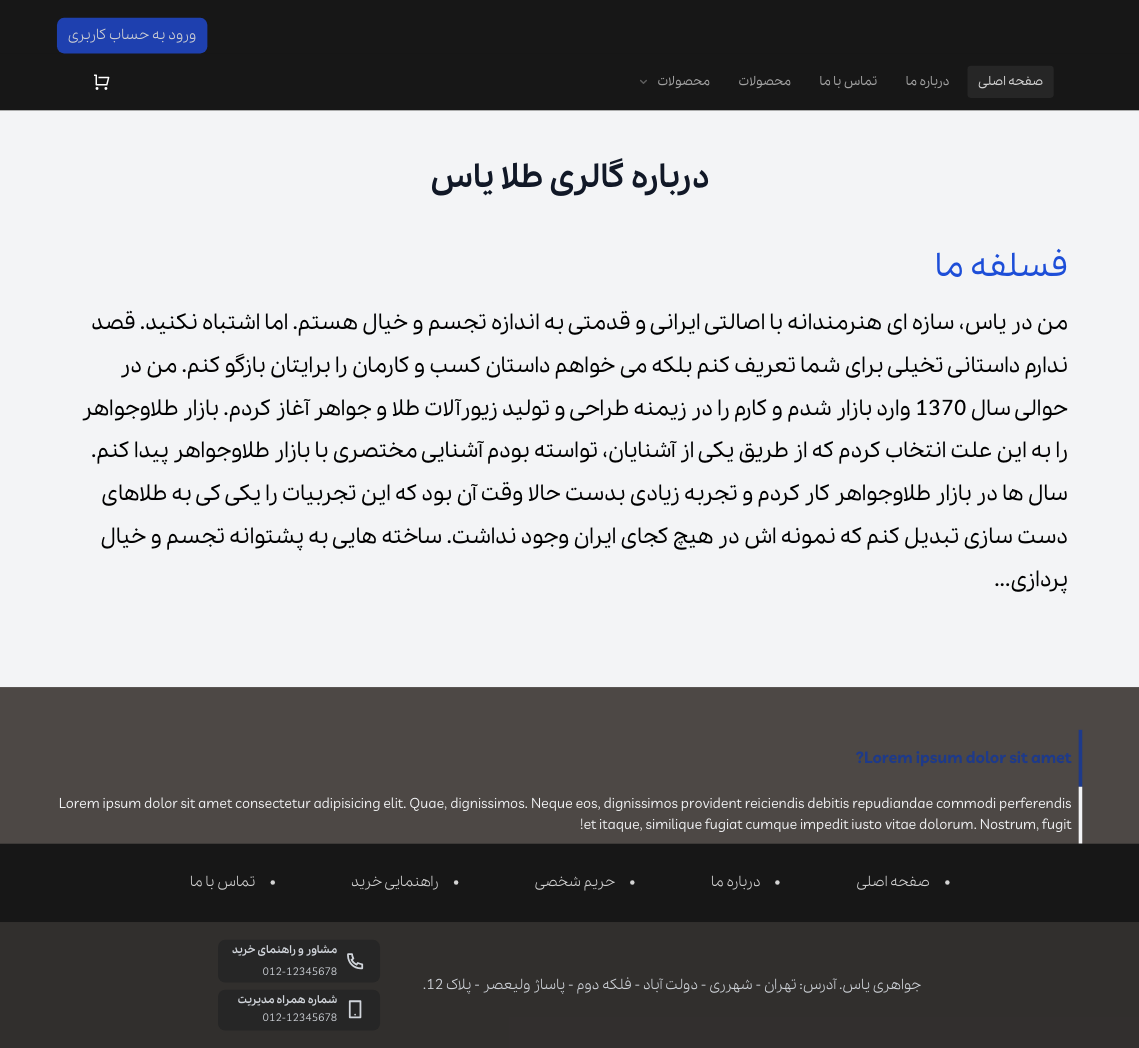
Repository: aliakbarmotallebi/yasgoldgallery-ui
Page: /about
The author's editor kept a copy of each file at every save. The page is drawn from the files as they stood at one save, then again after the next save.
The browser window is 1280 px wide. The pictures show the whole page, at 89% of full size.
The project was rebuilt for these pictures with package versions that can differ from the ones it lists, and the page was loaded fresh each time. Also part of the build but not shown: src/components/Brands.jsx, src/components/GridImages.js, src/components/SpecialComments.jsx, src/components/CardProduct.jsx, src/components/SpecialProducts.jsx, src/components/SuggestedProducts.jsx, src/pages/HomePage.jsx, src/pages/NotFound.jsx and 4 more.

Above is the page before, as saved 2023-01-16 12:19:37.

After the next save:
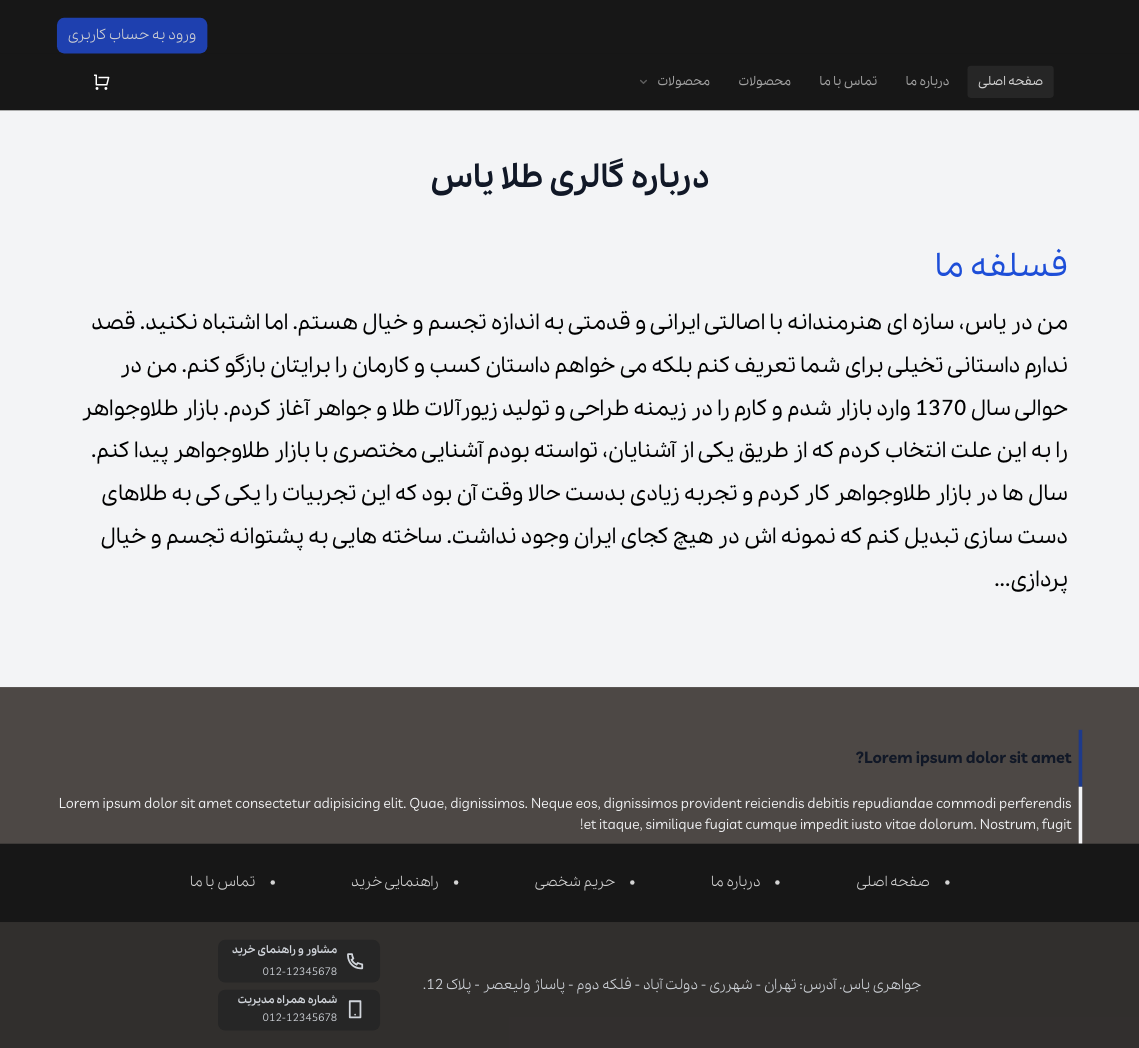
Saved 10 s later.
--- a/src/pages/AboutPage.jsx
+++ b/src/pages/AboutPage.jsx
@@ -32,7 +32,7 @@ const AboutPage = () => {
                     </div>
                     <div>
                         <div class="flex items-center h-16">
-                            <span class="text-lg text-blue-900 font-bold">Lorem ipsum dolor sit amet?</span>
+                            <span class="text-lg text-gray-900 font-bold">Lorem ipsum dolor sit amet?</span>
                         </div>
                         <div class="flex items-center py-2">
                             <span class="text-gray-100">Lorem ipsum dolor sit amet consectetur adipisicing elit. Quae, dignissimos. Neque eos, dignissimos provident reiciendis debitis repudiandae commodi perferendis et itaque, similique fugiat cumque impedit iusto vitae dolorum. Nostrum, fugit!</span>
